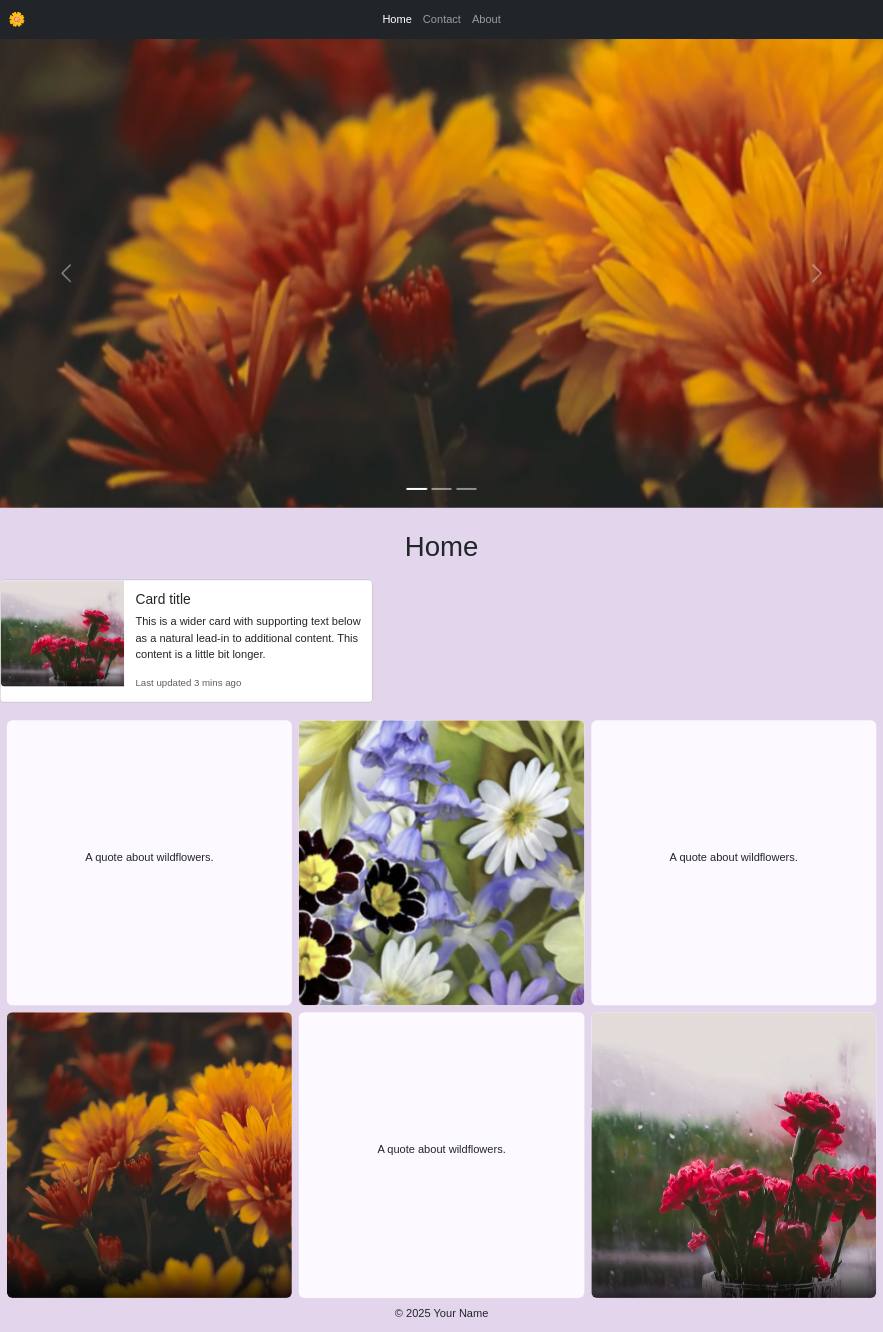
Repository: Brittany-Westlund/WebDesign
Page: FinalProject/index.html
The author's editor kept a copy of each file at every save. The page is drawn from the files as they stood at one save, then again after the next save.
The browser window is 1280 px wide. The pictures show the whole page, at 69% of full size.
Some web fonts or font styles are not loaded; a fallback is used.

Above is the page before, as saved 2025-06-16 20:38:16.

After the next save:
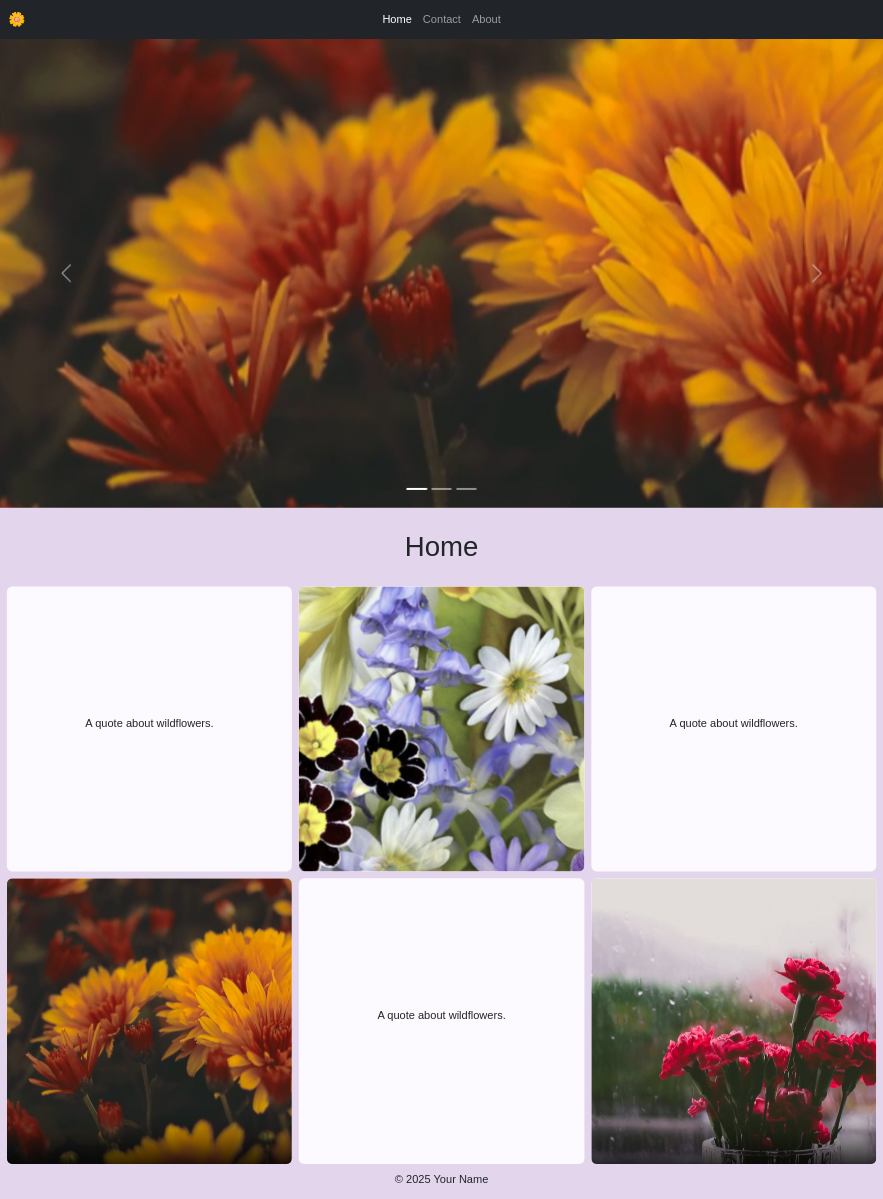
Saved 4 min 22 s later.
--- a/FinalProject/index.html
+++ b/FinalProject/index.html
@@ -74,24 +74,6 @@
     </header>
     <main>
 
-   <!-- Here is my card group section -->
-    <div class="card mb-3" style="max-width: 540px;">
-      <div class="row g-0">
-        <div class="col-md-4">
-          <img src="images/red-flowers.png" class="img-fluid rounded-start" alt="Red flower in the rain">
-        </div>
-        <div class="col-md-8">
-          <div class="card-body">
-            <h5 class="card-title">Card title</h5>
-            <p class="card-text">This is a wider card with supporting text below as a natural lead-in to additional content. This content is a little bit longer.</p>
-            <p class="card-text"><small class="text-body-secondary">Last updated 3 mins ago</small></p>
-          </div>
-        </div>
-      </div>
-    </div>
-
-
-
     <!-- Here is my gallery section -->
     <div class="gallery">
       <div class="item"><p>A quote about wildflowers.</p></div>
@@ -101,7 +83,6 @@
       <div class="item"><p>A quote about wildflowers.</p></div>
       <div class="item"><img src="images/red-flowers.png" alt="A closeup of red flowers"></p></div>
     </div>
-
 
 
     </main>
